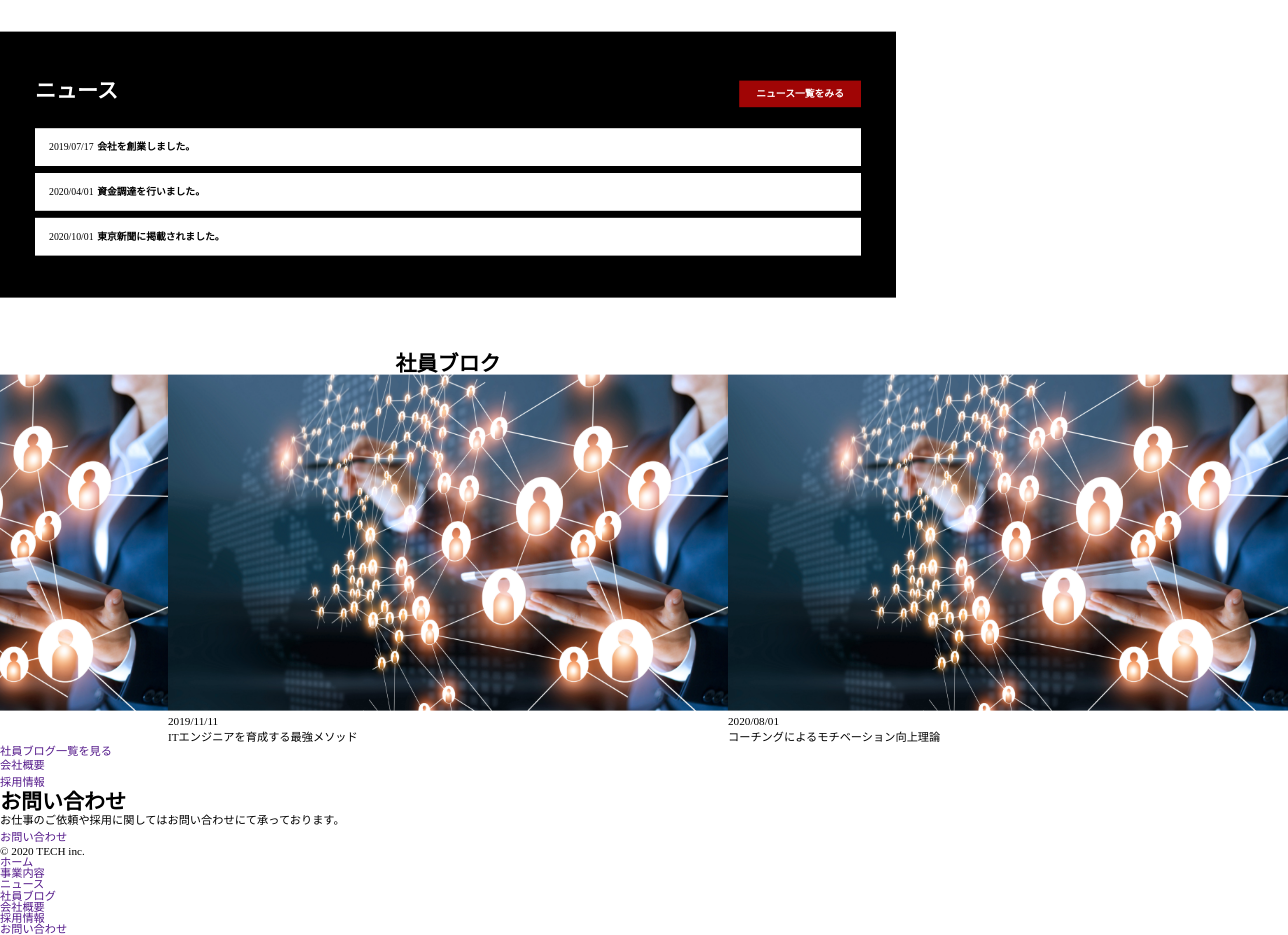
Repository: masanarimiura/20220516_miura
Page: index.html
The author's editor kept a copy of each file at every save. The page is drawn from the files as they stood at one save, then again after the next save.
The browser window is 1280 px wide. The page is 1840 px wide, then 1568 px, so the pictures cover 1840 px, including what lies to the right of the window. The pictures show the part of the page from y = 2133 to 3493 px (the page is 3469 px tall before and 3493 px after), at 70% of full size.

Above is the page before, as saved 2022-05-13 20:35:19.

After the next save:
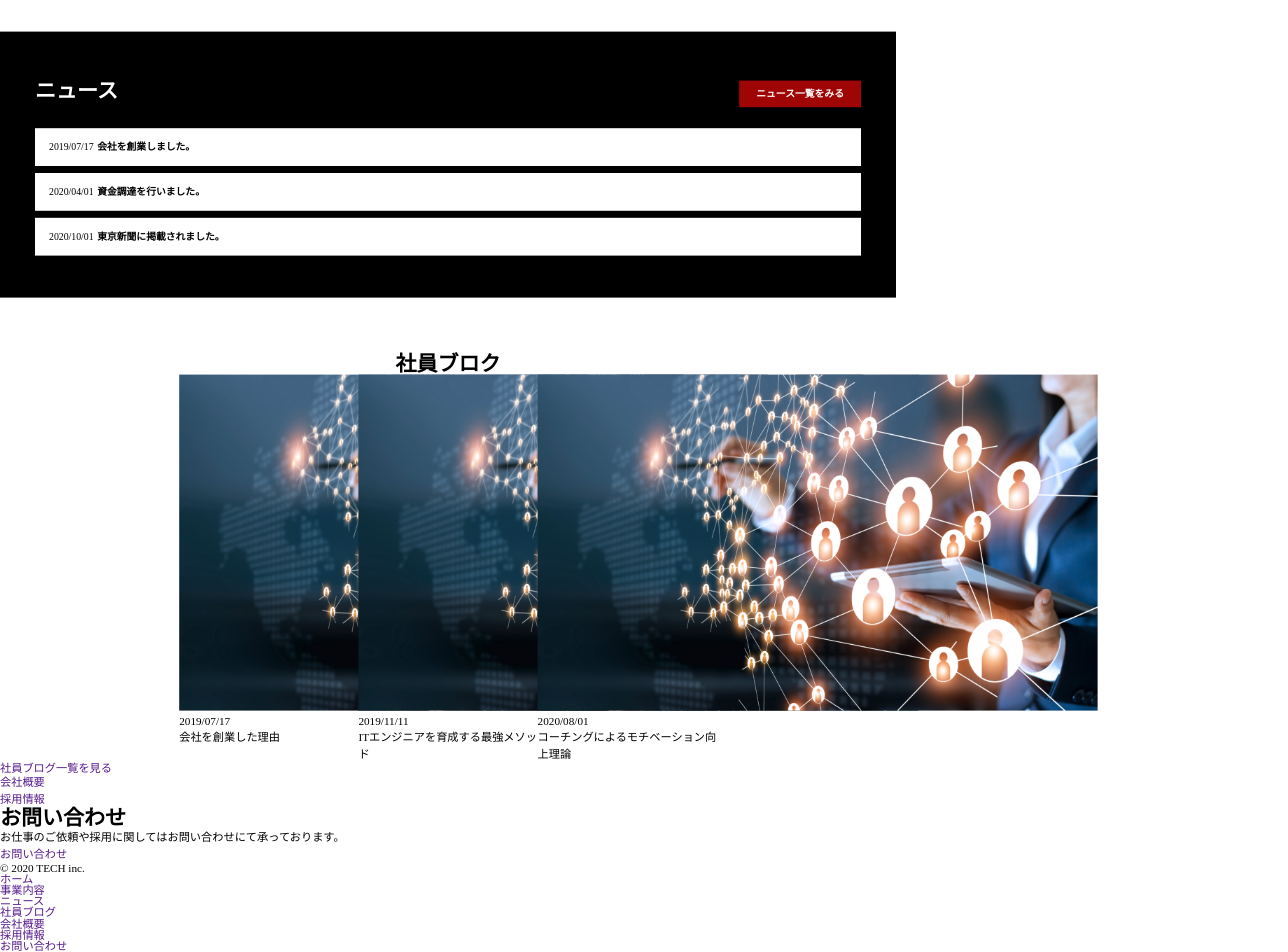
Saved 17 s later.
--- a/css/index.css
+++ b/css/index.css
@@ -156,8 +156,8 @@ p {
   display: flex;
   justify-content: center;
 }
-.blog__box{
-  w
+.blog__box {
+  width: 20%;
 }
 .blog__box img img {
   width: 100%;
